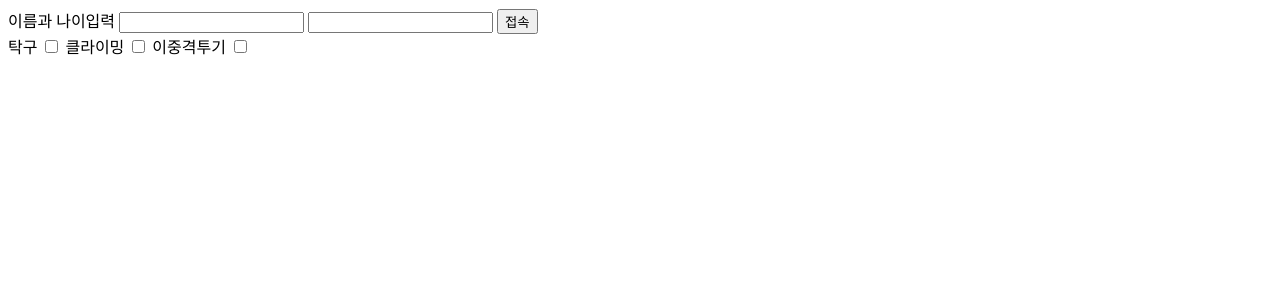
Repository: jijibaebaeeee/jsp-study
Page: http://localhost/day02_task/
An editor plug-in stored every save of this project. The page is shown before and after the next save, followed by the edit.
The browser window is 1280 px wide. The pictures show the whole page.
The page is served by Tomcat 9. Nobody is signed in. The application's start-up code is not run. Other server files are loaded and not shown.

Above is the page before, as saved 2025-01-13 08:28:31.

### workspace/day02_task/src/main/webapp/index.jsp
<%@ page language="java" contentType="text/html; charset=UTF-8"
    pageEncoding="UTF-8"%>
<!DOCTYPE html>
<html>
<head>
<meta charset="UTF-8">
<title>Insert title here</title>
</head>
<body>

	<!--  2번 문제  -->
	<form action="task" method="get">
		<label for=id>이름과 나이입력</label>
		<input type="text" id=id name="userName">
		<input type="text" id=id name="userAge">
		<button type="submit">접속</button>
	</form>

	<!-- 5번 문제 -->


	<!-- 6번 문제 -->
	<form action="resultServlet2" method="post">
		<label for="hobby1">탁구</label>
		<input type="checkbox" id="hobby1" name="checked">
		<label for="hobby2">클라이밍</label>
		<input type="checkbox" id="hobby2" name="checked">
		<label for="hobby3">이중격투기</label>
		<input type="checkbox" id="hobby3" name="checked">
	</form>


</body>
</html>

After the next save:
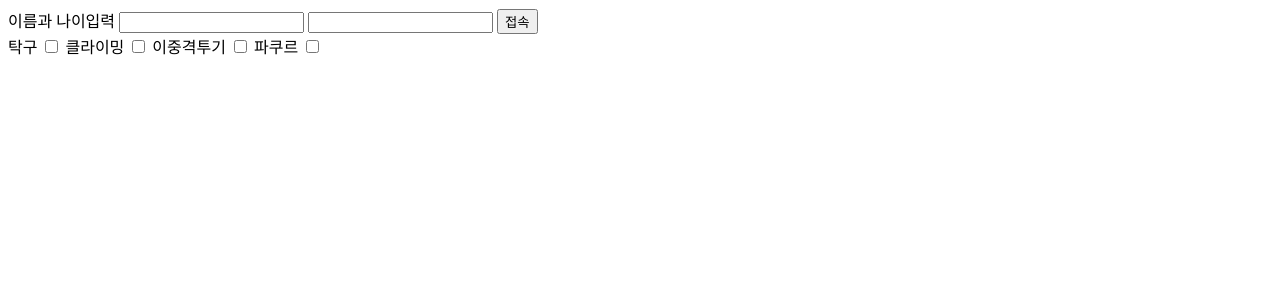
Saved 25 s later.
--- a/workspace/day02_task/src/main/webapp/index.jsp
+++ b/workspace/day02_task/src/main/webapp/index.jsp
@@ -27,6 +27,8 @@
 		<input type="checkbox" id="hobby2" name="checked">
 		<label for="hobby3">이중격투기</label>
 		<input type="checkbox" id="hobby3" name="checked">
+		<label for="hobby4">파쿠르</label>
+		<input type="checkbox" id="hobby4" name="checked">
 	</form>
 
 
